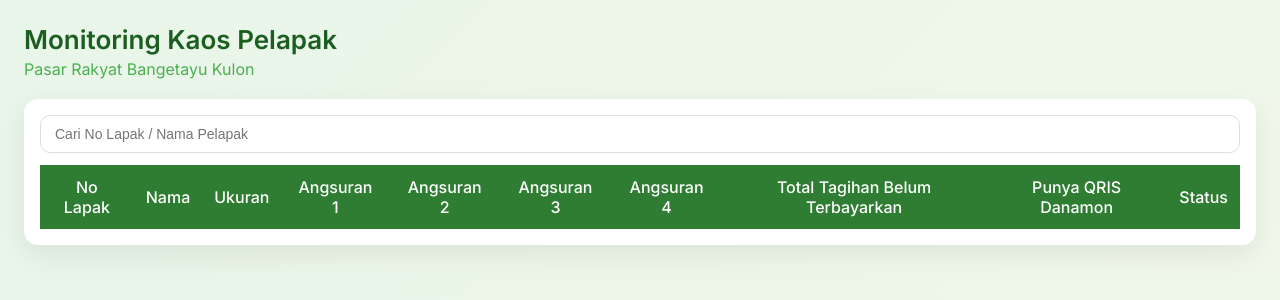
Repository: pasarrakyatbak/monitoringpembayarankaos
Page: index.html
These files come from the project's save history. The page is drawn as it stood at one moment and after the next save; the edit follows.
The browser window is 1280 px wide. The pictures show the whole page.
The page's requests for data from a server got no answer.

Above is the page before, as saved 2026-01-04 13:40:10.

### index.html
<!DOCTYPE html>
<html lang="id">

<head>
    <meta charset="UTF-8">
    <meta name="viewport" content="width=device-width, initial-scale=1.0">
    <title>Monitoring Kaos Pelapak</title>

    <!-- Font -->
    <link rel="preconnect" href="https://fonts.googleapis.com">
    <link rel="preconnect" href="https://fonts.gstatic.com" crossorigin>
    <link href="https://fonts.googleapis.com/css2?family=Inter:wght@400;500;600&display=swap" rel="stylesheet">

    <link rel="stylesheet" href="style.css">
</head>

<body>

    <div class="app">
        <header class="header">
            <h1>Monitoring Kaos Pelapak</h1>
            <p>Pasar Rakyat Bangetayu Kulon</p>
        </header>

        <div class="card">
            <div class="toolbar">
                <input type="text" id="searchInput" placeholder="Cari No Lapak / Nama Pelapak">
            </div>

            <table>
                <thead>
                    <tr>
                        <th>No Lapak</th>
                        <th>Nama</th>
                        <th>Ukuran</th>
                        <th>Angsuran 1</th>
                        <th>Angsuran 2</th>
                        <th>Angsuran 3</th>
                        <th>Angsuran 4</th>
                        <th>Total Tagihan Belum Terbayarkan</th>
                        <th>Punya QRIS Danamon</th>
                        <th>Status</th>
                    </tr>
                </thead>
                <tbody></tbody>
            </table>
        </div>
    </div>

    <script src="script.js"></script>
</body>

</html>

### style.css
* {
  box-sizing: border-box;
}

body {
  margin: 0;
  font-family: 'Inter', sans-serif;
  background: linear-gradient(135deg, #e8f5e9, #f1f8e9);
}

.app {
  padding: 24px;
}

.header h1 {
  margin: 0;
  font-size: 26px;
  font-weight: 600;
  color: #1b5e20;
}

.header p {
  margin-top: 4px;
  color: #4caf50;
}

.card {
  margin-top: 20px;
  background: #fff;
  border-radius: 14px;
  padding: 16px;
  box-shadow: 0 10px 30px rgba(0, 0, 0, 0.08);
  overflow-x: auto;
}

.toolbar {
  margin-bottom: 12px;
}

.toolbar input {
  width: 100%;
  padding: 10px 14px;
  border-radius: 10px;
  border: 1px solid #ddd;
  font-size: 14px;
}

.toolbar input:focus {
  outline: none;
  border-color: #2e7d32;
}

table {
  width: 100%;
  border-collapse: collapse;
}

th {
  background: #2e7d32;
  color: white;
  padding: 12px;
  font-weight: 500;
}

td {
  padding: 10px;
  text-align: center;
  border-bottom: 1px solid #eee;
}

tr:hover {
  background: #f9f9f9;
}

input[type="checkbox"] {
  width: 18px;
  height: 18px;
  accent-color: #2e7d32;
  cursor: pointer;
}

.status-lunas {
  color: #2e7d32;
  font-weight: 600;
}

.status-belum {
  color: #f57c00;
}

@media (max-width: 768px) {

  th,
  td {
    font-size: 12px;
    padding: 8px;
  }
}

### script.js
const API_URL = "https://script.google.com/macros/s/AKfycby4z2qZ24SrJkcyGpybH29lSUC_3_z1LG-7wSmTzpaOEXrwjXf0Cl3hqkg95qAxPj1-/exec";
let allData = [];

document.addEventListener('DOMContentLoaded', () => {
    const searchInput = document.getElementById('searchInput');
    const tbody = document.querySelector('tbody');

    async function loadData() {
        const res = await fetch(API_URL + "?action=list");
        const data = await res.json();
        allData = data;
        renderTable(data);
    }

    function renderTable(data) {
        tbody.innerHTML = '';
        data.forEach((row, index) => {
            const statusText = row.lunas ? 'Lunas' : 'Belum Lunas';
            const statusClass = row.lunas ? 'status-lunas' : 'status-belum';

            const tr = document.createElement('tr');
            tr.innerHTML = `
        <td>${row.noLapak}</td>
        <td>${row.nama}</td>
        <td>${row.ukuran}</td>
        <td>${row.a1}</td>
        <td>${row.a2}</td>
        <td>${row.a3}</td>
        <td>${row.a4}</td>
        <td>Rp ${row.total.toLocaleString('id-ID')}</td>
        <td>
          <input type="checkbox" ${row.qris ? 'checked' : ''} data-index="${index}">
        </td>
        <td class="${statusClass}">${statusText}</td>
      `;
            tbody.appendChild(tr);
        });
    }

    tbody.addEventListener('change', async (e) => {
        if (e.target.type === 'checkbox') {
            const index = e.target.dataset.index;

            const formData = new FormData();
            formData.append("action", "updateQRIS");
            formData.append("index", index);
            formData.append("qris", e.target.checked ? "true" : "false");

            await fetch(API_URL, {
                method: "POST",
                body: formData
            });

            loadData();
        }
    });

    searchInput.addEventListener('keyup', () => {
        const keyword = searchInput.value.toLowerCase();
        const filtered = allData.filter(item =>
            item.noLapak.toString().includes(keyword) ||
            item.nama.toLowerCase().includes(keyword)
        );
        renderTable(filtered);
    });

    loadData();
});

After the next save:
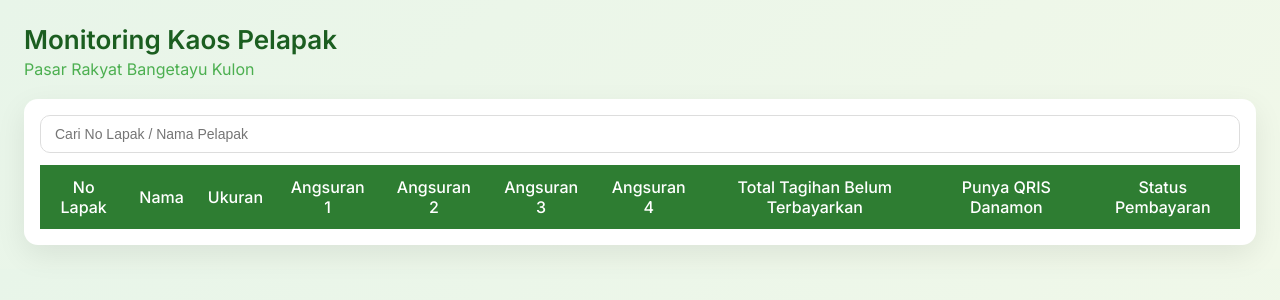
Saved 5 s later.
--- a/index.html
+++ b/index.html
@@ -39,7 +39,7 @@
                         <th>Angsuran 4</th>
                         <th>Total Tagihan Belum Terbayarkan</th>
                         <th>Punya QRIS Danamon</th>
-                        <th>Status</th>
+                        <th>Status Pembayaran</th>
                     </tr>
                 </thead>
                 <tbody></tbody>
